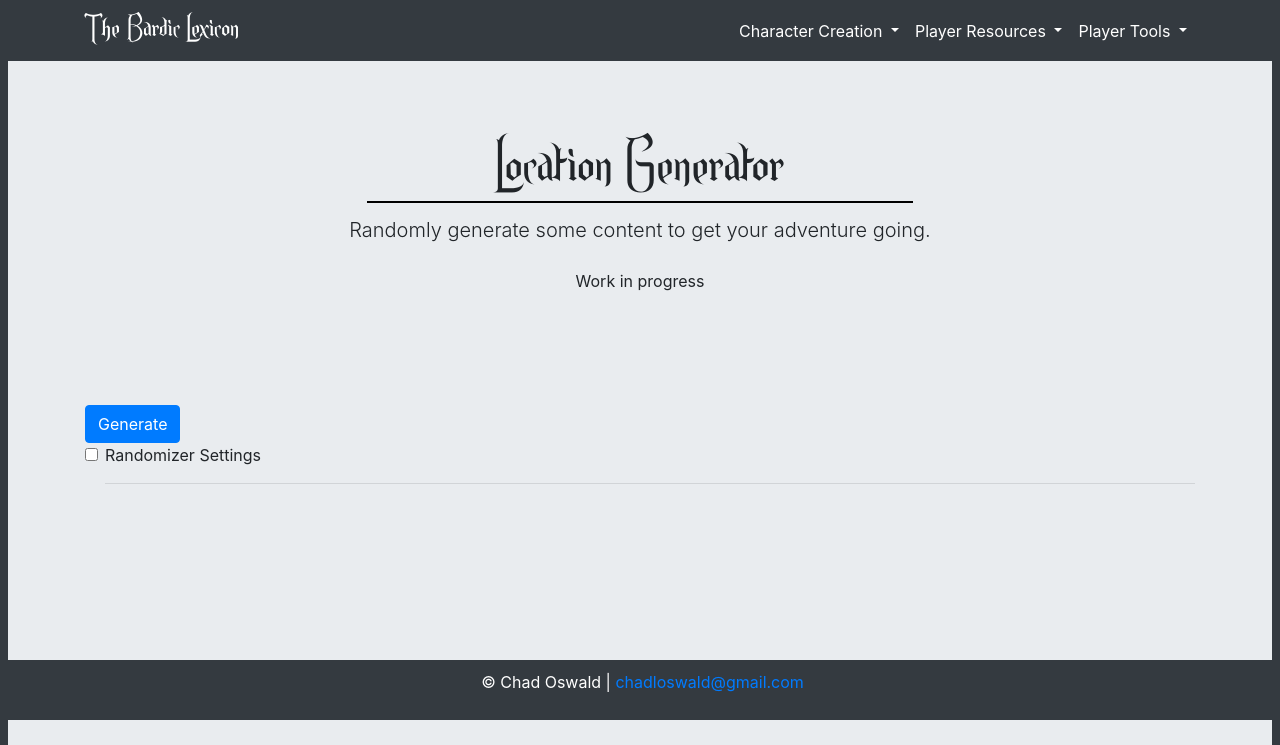
Repository: ChaidGPT/TheBardicLexicon
Page: playerTools/worldGenerator.html
The author's editor kept a copy of each file at every save. The page is drawn from the files as they stood at one save, then again after the next save.
The browser window is 1280 px wide. The pictures show the whole page.

Above is the page before, as saved 2024-02-09 13:09:04.

After the next save:
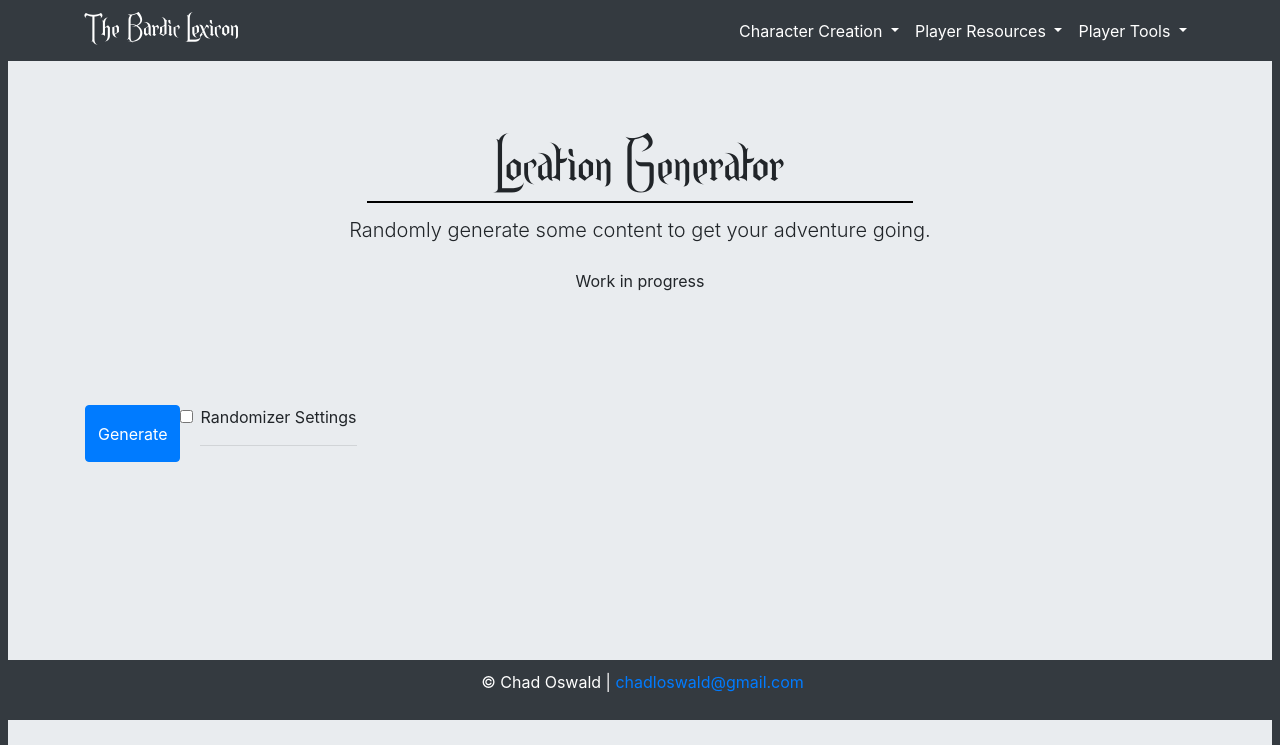
Saved 15 s later.
--- a/playerTools/worldGenerator.html
+++ b/playerTools/worldGenerator.html
@@ -94,7 +94,7 @@
 
         <!-- Start Settlement Options -->
 
-        <div class="input-group-sm mb-auto">
+        <div class="input-group mb-auto">
           <button type="submit" class="btn btn-primary">Generate</button>
           <div class="form-check">
             <input class="form-check-input" type="checkbox" id="enableSettlements" data-toggle="collapse"
